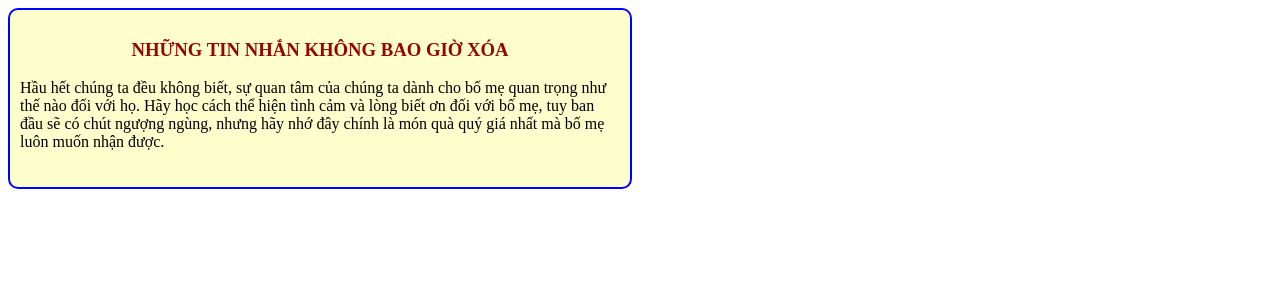
Repository: Tan-Khang21/TH_TKW--Buoi_06
Page: Bai_Tap_Mau/Bai_01/Css1.html
These files come from the project's save history. The page is drawn as it stood at one moment and after the next save; the edit follows.
The browser window is 1280 px wide. The pictures show the whole page.

Above is the page before, as saved 2024-03-11 15:58:30.

### Bai_Tap_Mau/Bai_01/Css1.html
<!DOCTYPE html>
<html lang="en">
  <head>
    <meta charset="UTF-8" />
    <meta name="viewport" content="width=device-width, initial-scale=1.0" />
    <title>Document</title>
  </head>
  <body>
    <div style="width: 800px">
      <div
        style="
          width: 600px;
          padding: 10px;
          padding-bottom: 20px;
          border: 2px solid blue;
          background-color: #fffecd;
          border-radius: 10px;
        "
      >
        <h3 style="text-align: center; color: #950504">
          NHỮNG TIN NHẮN KHÔNG BAO GIỜ XÓA
        </h3>
        <p>
          Hầu hết chúng ta đều không biết, sự quan tâm của chúng ta dành cho bố
          mẹ quan trọng như thế nào đối với họ. Hãy học cách thể hiện tình cảm
          và lòng biết ơn đối với bố mẹ, tuy ban đầu sẽ có chút ngượng ngùng,
          nhưng hãy nhớ đây chính là món quà quý giá nhất mà bố mẹ luôn muốn
          nhận được.
        </p>
      </div>
    </div>
  </body>
</html>

After the next save:
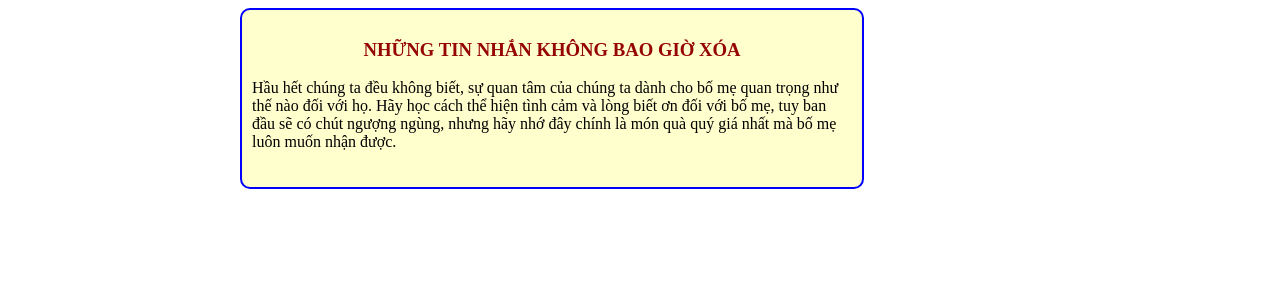
Saved 12 s later.
--- a/Bai_Tap_Mau/Bai_01/Css1.html
+++ b/Bai_Tap_Mau/Bai_01/Css1.html
@@ -6,7 +6,7 @@
     <title>Document</title>
   </head>
   <body>
-    <div style="width: 800px">
+    <div style="width: 800px; margin: 0 auto">
       <div
         style="
           width: 600px;
